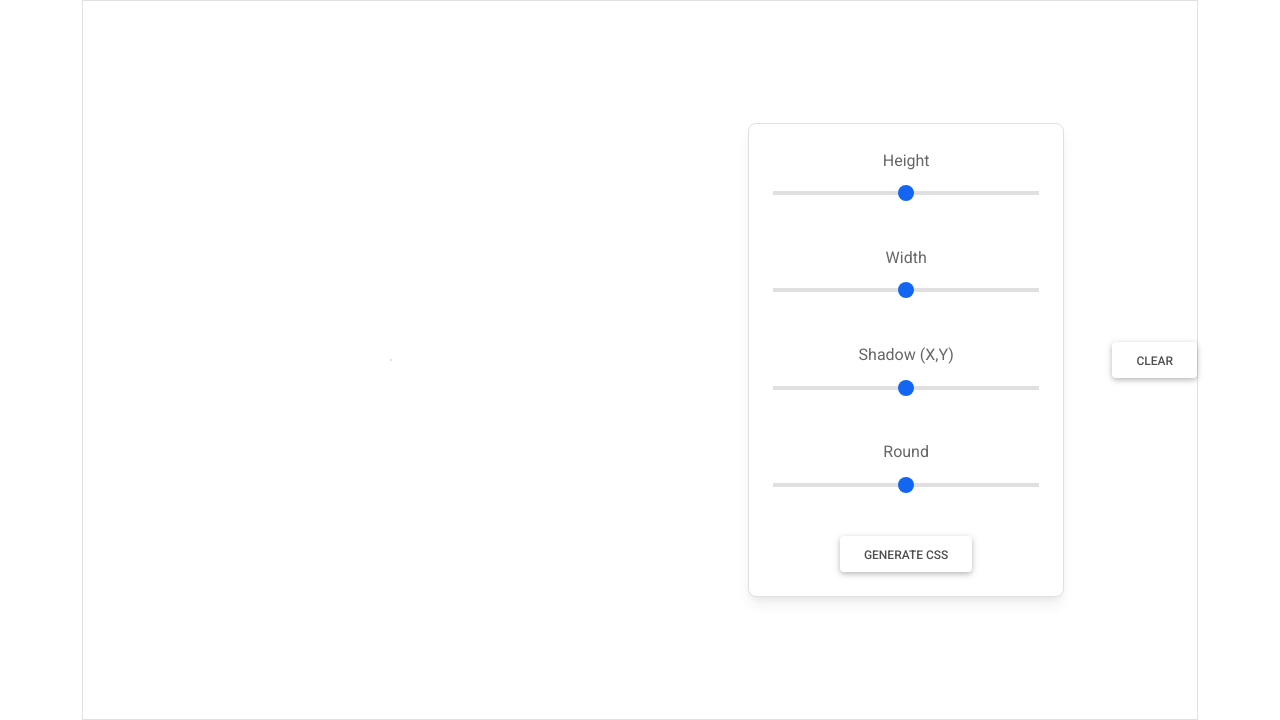
Repository: USaditya98/card-generator
Page: index.html
These files come from the project's save history. The page is drawn as it stood at one moment and after the next save; the edit follows.
The browser window is 1280 px wide. The pictures show the whole page.

Above is the page before, as saved 2021-10-20 13:21:52.

### index.html
<!DOCTYPE html>
<html lang="en">
  <head>
    <meta charset="UTF-8" />
    <meta name="viewport" content="width=device-width, initial-scale=1, shrink-to-fit=no" />
    <meta http-equiv="x-ua-compatible" content="ie=edge" />
    <title>Material Design for Bootstrap</title>
    <!-- MDB icon -->
    <link rel="icon" href="img/mdb-favicon.ico" type="image/x-icon" />
    <!-- Font Awesome -->
    <link rel="stylesheet" href="https://use.fontawesome.com/releases/v5.15.2/css/all.css" />
    <!-- Google Fonts Roboto -->
    <link
      rel="stylesheet"
      href="https://fonts.googleapis.com/css2?family=Roboto:wght@300;400;500;700;900&display=swap"
    />
    <!-- MDB -->
    <link rel="stylesheet" href="css/mdb.min.css" />
  </head>
  <body>
    <!-- Start your project here-->
    <div class="container">
      <div class="sm:flex-column d-flex justify-content-between align-items-center text-center border" style="height: 100vh;">
            <div class="d-flex justify-content-center align-items-center w-100 h-50" >
                <div class="text-center border " id="create">
                </div>
            </div>
            <div class="sm-w-100 border w-50 p-2 mx-5 card">
              <div class="m-3">
                  <label class="form-label" for="height">Height</label>
                  <div class="range">
                  <input type="range" class="form-range" id="height" min="0" max="500" step="10" onchange="changeHeight(this.value)"/>
                  </div>
              </div>
              <div class="m-3">
                  <label class="form-label" for="width">Width</label>
                  <div class="range">
                  <input type="range" class="form-range" id="width" min="0" max="500" step="10" onchange="changeWidth(this.value)" />
                  </div>
              </div>
              <div class="m-3">
                  <label class="form-label" for="shadow">Shadow (X,Y)</label>
                  <div class="range">
                  <input type="range" class="form-range" id="shadow" min="0" max="25" step="0.5" onchange="changeShadowXY(this.value)"/>
                  </div>
              </div>
              <div class="m-3">
                  <label class="form-label" for="radius">Round</label>
                  <div class="range">
                  <input type="range" class="form-range" id="radius" onchange="changeRadius(this.value)"/>
                  </div>
              </div>
              <div class="m-3">
                  <button class="btn" id="cssBtn">Generate CSS</button>
              </div>
            </div>
            <code id="generatedCss" >

            </code>
            <button class="btn" id="clear" onclick="clearcontent()">Clear</button>
      </div>

    </div>
    <!-- End your project here-->

    <!-- MDB -->
    <script type="text/javascript" src="js/mdb.min.js"></script>
    <!-- Custom scripts -->
    <script type="text/javascript">
      function clearcontent( ) {
        document.getElementById('generatedCss').innerHTML = "";
    }
        function changeHeight(val) {
            document.getElementById('create').style.height = val + 'px';
        }
        function changeWidth(val) {
            document.getElementById('create').style.width = val + 'px';
        }
        function changeShadowXY(val) {
         // const shadowXY = document.getElementById('shadowBlur').value;
          //localStorage.shadowxy = val;
         // localStorage.shadowblur = shadowXY;
          //localStorage.setItem('shadowxy', val);
         // localStorage.setItem('shadowblur', shadowXY);
          document.getElementById('create').style.boxShadow = val + 'px' + ' ' + val + 'px' + ' ' + '16px' + ' ' +'0px' + ' ' +'lightgray';
        }

        function changeRadius(val) {
            document.getElementById('create').style.borderRadius  = val + '%' ;
        }
        const cssBtn = document.getElementById('cssBtn');
        cssBtn.addEventListener('click',generateCss);
        function generateCss(){

          var height = document.getElementById('height').value;
          var width = document.getElementById('width').value;
          var boxShadow = document.getElementById('shadow').value;
          var boxShadowColor = 'lightgray';
          var borderRadius = document.getElementById('radius').value;


          localStorage.setItem('height', height);
          localStorage.setItem('width', width);
          localStorage.setItem('boxShadow', boxShadow);
          localStorage.setItem('boxShadowColor', boxShadowColor);
          localStorage.setItem('borderRadius', borderRadius);


          var arr = ['height', 'width', 'box-shadow', 'border-radius'];
          var arrValue = [height+'px;', width+'px;', boxShadow+'px'+' '+boxShadow+'px'+' '+boxShadow+'px'+' '+boxShadowColor+';', borderRadius+'%;'];
          var cont = document.getElementById('generatedCss');
          // create ul element and set the attributes.
          var ul = document.createElement('ul');
          ul.setAttribute('style', 'padding: 0; margin: 0;');

          for (i = 0; i <= arr.length - 1; i++) {
              var li = document.createElement('li');     // create li element.
              li.innerHTML = arr[i] + ':' + arrValue[i] ;      // assigning text to li using array value.
              li.setAttribute('style', 'display: block;');    // remove the bullets.
              li.setAttribute('class', 'font-monospace');    // remove the bullets.

              ul.appendChild(li);     // append li to ul.
          }

          cont.appendChild(ul);
        }
    </script>
  </body>
</html>

Loaded but not shown: css/mdb.min.css (library); js/mdb.min.js (library)

After the next save:
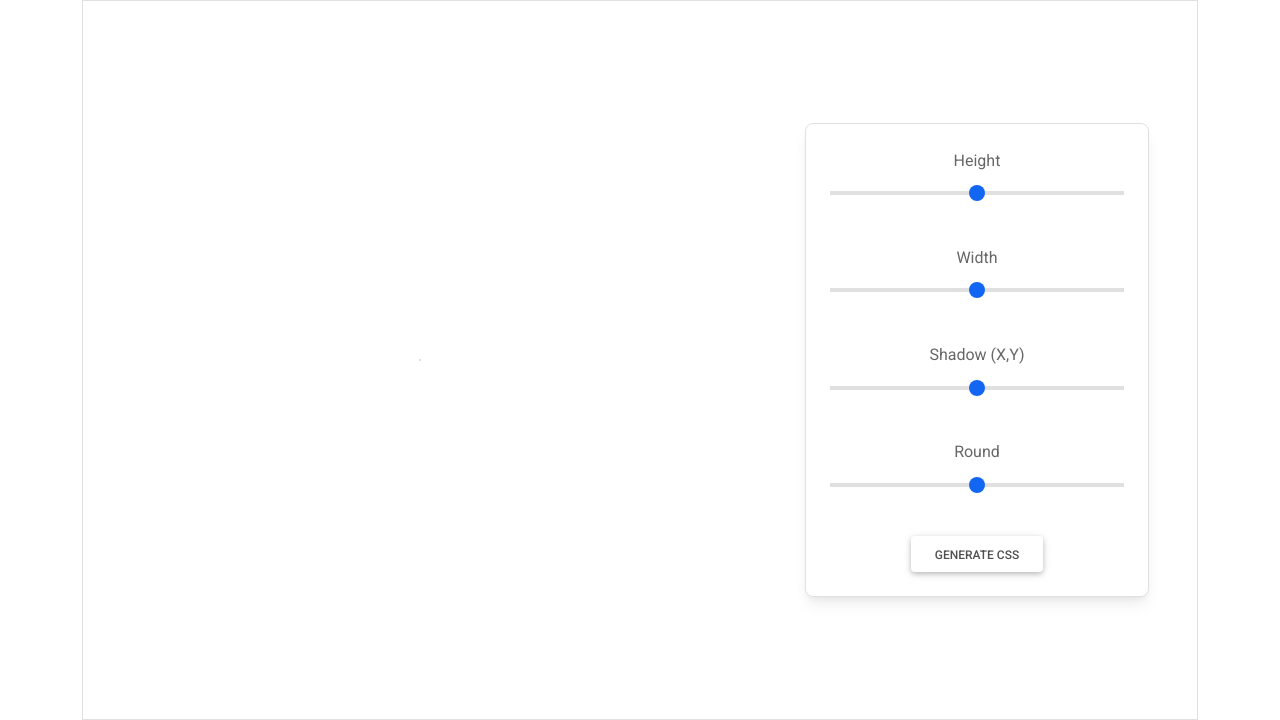
Saved 13 s later.
--- a/index.html
+++ b/index.html
@@ -57,7 +57,7 @@
             <code id="generatedCss" >
 
             </code>
-            <button class="btn" id="clear" onclick="clearcontent()">Clear</button>
+
       </div>
 
     </div>
